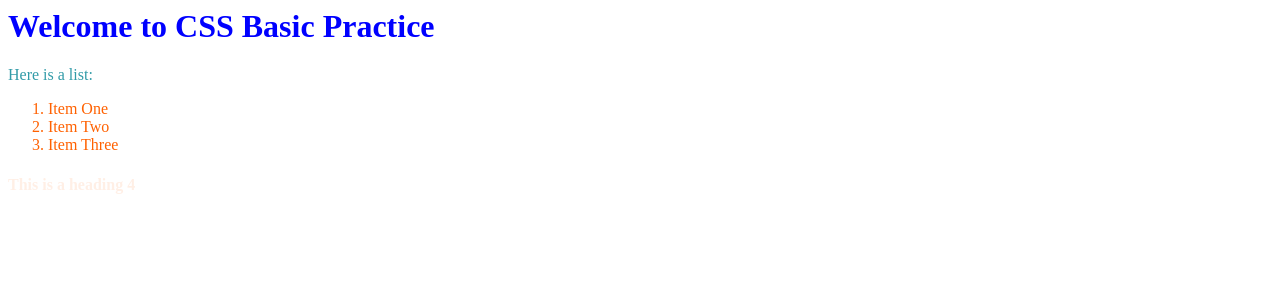
Repository: MonwarAdeeb/Bista_Solutions
Page: HTML & CSS/CSS/Level One/Level_One.html
An editor plug-in stored every save of this project. The page is shown before and after the next save, followed by the edit.
The browser window is 1280 px wide. The pictures show the whole page.

Above is the page before, as saved 2021-05-19 16:16:10.

### HTML & CSS/CSS/Level One/Level_One.html
<html lang="en">
<head>
    <meta charset="UTF-8">
    <meta http-equiv="X-UA-Compatible" content="IE=edge">
    <meta name="viewport" content="width=device-width, initial-scale=1.0">
    <title>CSS Basics</title>
    <link rel="stylesheet" href="Level_One_CSS.css">
</head>
<body>
    <h1>Welcome to CSS Basic Practice</h1>

    <p>Here is a list:</p>

    <ol>
        <li>Item One</li>
        <li>Item Two</li>
        <li>Item Three</li>
    </ol>

    <h4>This is a heading 4</h4>
</body>
</html>

### HTML & CSS/CSS/Level One/Level_One_CSS.css
/* General Format */
/* selected tag{
    property: value;
} */

h1 {
  color: blue;
}

li {
  color: rgb(255, 97, 0);
}

p {
  color: #329ba8;
}

h4 {
  color: rgba(255, 97, 0, 0.1);
}

After the next save:
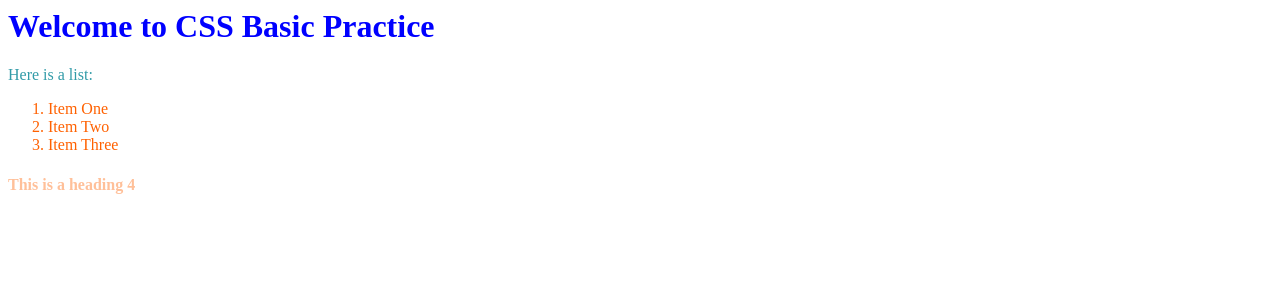
Saved 6 s later.
--- a/HTML & CSS/CSS/Level One/Level_One_CSS.css
+++ b/HTML & CSS/CSS/Level One/Level_One_CSS.css
@@ -16,5 +16,5 @@
 }
 
 h4 {
-  color: rgba(255, 97, 0, 0.1);
+  color: rgba(255, 97, 0, 0.4);
 }
